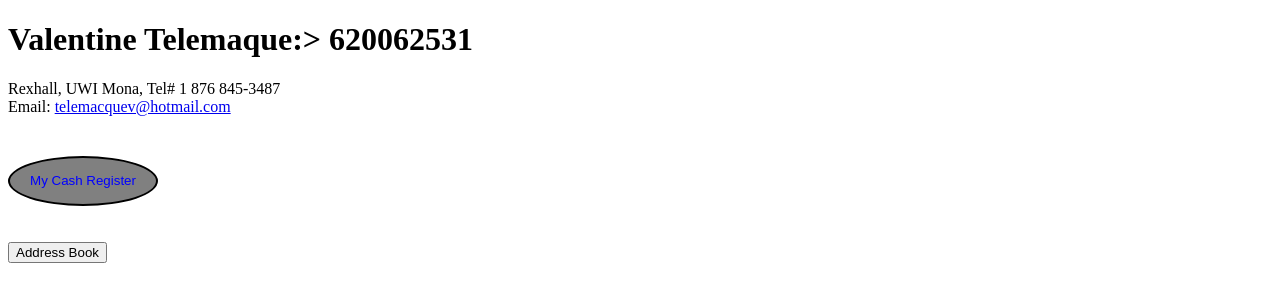
Repository: telemacquev/info2180project1
Page: index.html
The author's editor kept a record of every edit. The page is drawn from the files as they stood at one moment, then again after the next edit.
The browser window is 1280 px wide. The pictures show the whole page.

Above is the page before.

### index.html
<!DOCTYPE html>
<html>
    <head>
        <link type="text/css" rel="stylesheet" href="stylesheet.css"/>
		<title> INFO2180project1</title>

        <script type="text/javascript" src="script01.js" ></script>
        <script type="text/javascript" src="script02.js" ></script>
    </head>
    <body>
    	<div id="heading"> <h1> Valentine Telemaque:> 620062531 </h1> </div>

		<div id="contact"> <p> Rexhall, UWI Mona, Tel# 1 876 845-3487 <br>
		Email: <a href="mailto:telemacquev@hotmai.com?Subject=Interview%20shortlist" target="_top">
		telemacquev@hotmail.com</a> </p> </div>

	<br> <br>



        <input id="button01" type="button" onclick="runMe()" value="My Cash Register">
        <br> <br> <br>
        <input id="button02" type="button" onclick="runMe2()" value="Address Book">
    </body>
</html>

### stylesheet.css

/*
div {
    align-items: flex-start;
}
*/
#heading {
    width:70%;
    height: auto;
}

#contact {
    width: 40%;
    height: 40px;
}


#button01 {
   width: 150px;
   height: 50px;
   background-color: gray;
   color:blue;
   border-radius: 95%;
   border: 2px solid black;
}

#button01:hover {
   background-color: blue;
   color: green;
}


a:hover {
     text-decoration:none;
     background-color:yellow;
     color:#302013;
     font-family: Cursive, Arial;
}

### script01.js
function StaffMember(name,discountPercent){
    this.name = name;
    this.discountPercent = discountPercent;
}

var sally = new StaffMember("Sally",5);
var bob = new StaffMember("Bob",10);

// Create yourself again as 'me' with a staff discount of 20%
var me = new StaffMember("Valentine Telemaque",20);

var cashRegister = {
    total:0,
    lastTransactionAmount: 0,
    add: function(itemCost){
        this.total += (itemCost || 0);
        this.lastTransactionAmount = itemCost;
    },
    scan: function(item,quantity){
        switch (item){
        case "eggs": this.add(0.98 * quantity); break;
        case "milk": this.add(1.23 * quantity); break;
        case "magazine": this.add(4.99 * quantity); break;
        case "chocolate": this.add(0.45 * quantity); break;
        }
        return true;
    },
    voidLastTransaction : function(){
        this.total -= this.lastTransactionAmount;
        this.lastTransactionAmount = 0;
    },
    applyStaffDiscount: function(employee)     { this.total *= ((100 - employee.discountPercent)/100);
    }
};

cashRegister.scan('eggs',1);
cashRegister.scan('milk',1);
cashRegister.scan('magazine',3);
// Apply your staff discount by passing the 'me' object
cashRegister.applyStaffDiscount(me);


function runMe() {
    alert ('Your bill is $'+cashRegister.total.toFixed(2));
}

### script02.js
var bob = {
    firstName: "Bob",
    lastName: "Jones",
    phoneNumber: "(650) 777-7777",
    email: "bob.jones@example.com"
};

var mary = {
    firstName: "Mary",
    lastName: "Johnson",
    phoneNumber: "(650) 888-8888",
    email: "mary.johnson@example.com"
};

var contacts = [bob, mary];

function printPerson(person) {
    alert(person.firstName + " " + person.lastName);
}

function list() {
	var contactsLength = contacts.length;
	for (var i = 0; i < contactsLength; i++) {
		printPerson(contacts[i]);
	}
}

function search(lname) {
	for (var i = 0; i < contacts.length; i++) {
		if (contacts[i].lastName===lname) {
		    printPerson(contacts[i]);
		}
	}
}

function add(firstName, lastName, email, phoneNumber) {
    contacts[contacts.length] = {
    firstName: firstName,
    lastName: lastName,
    phoneNumber: phoneNumber,
    email: email
    };
};


function runMe2() {
    add("Leon","Jones","leon@gmail.com","(845) 848-9585");
    list();
}

After the next edit:
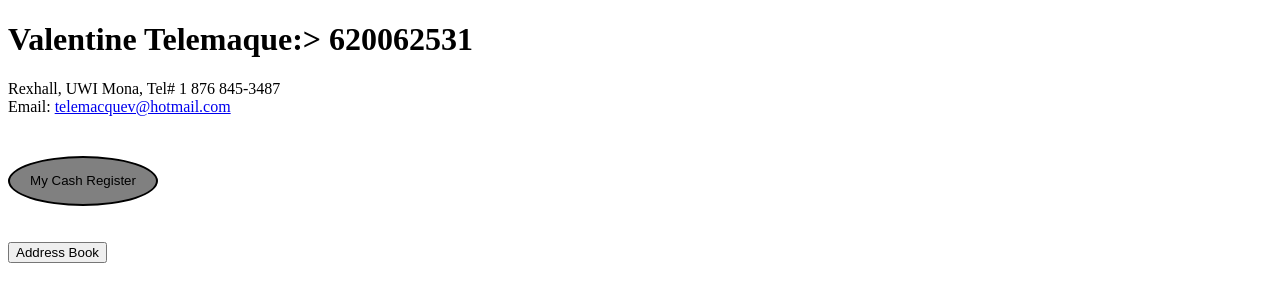
The edit:
--- a/stylesheet.css
+++ b/stylesheet.css
@@ -19,8 +19,8 @@
    width: 150px;
    height: 50px;
    background-color: gray;
-   color:blue;
-   border-radius: 95%;
+   color:black;
+   border-radius: 99%;
    border: 2px solid black;
 }
 
